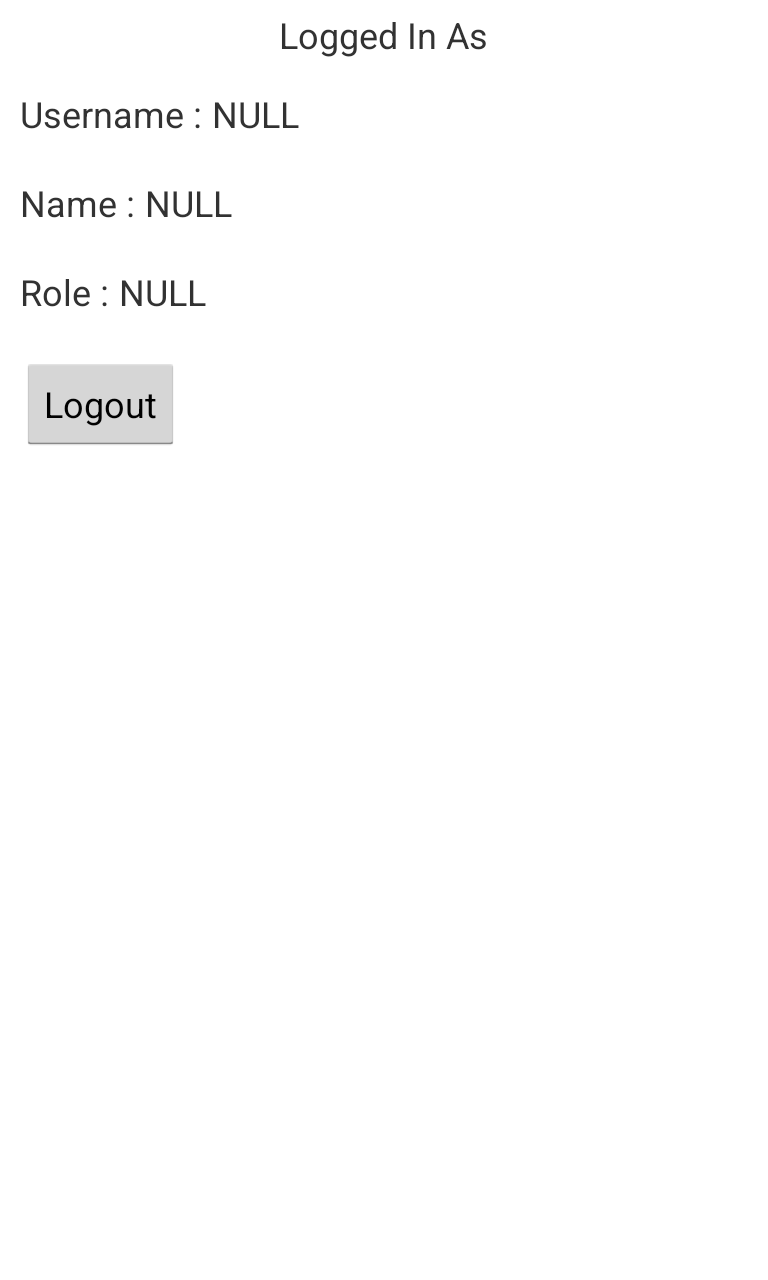
Repository: LennoxAlexion/UID
Layout: Android App/Uid-Project/res/layout/activity_sec_page.xml
These files come from the project's save history. The layout is drawn as it stood at one moment and after the next save; the edit follows.
It is drawn on a 768 x 1280 px phone screen (xhdpi) without system bars, with theme AppTheme; the app's code is not run.

Above is the layout before, as saved 2015-03-29 06:17:15.

After the next save:
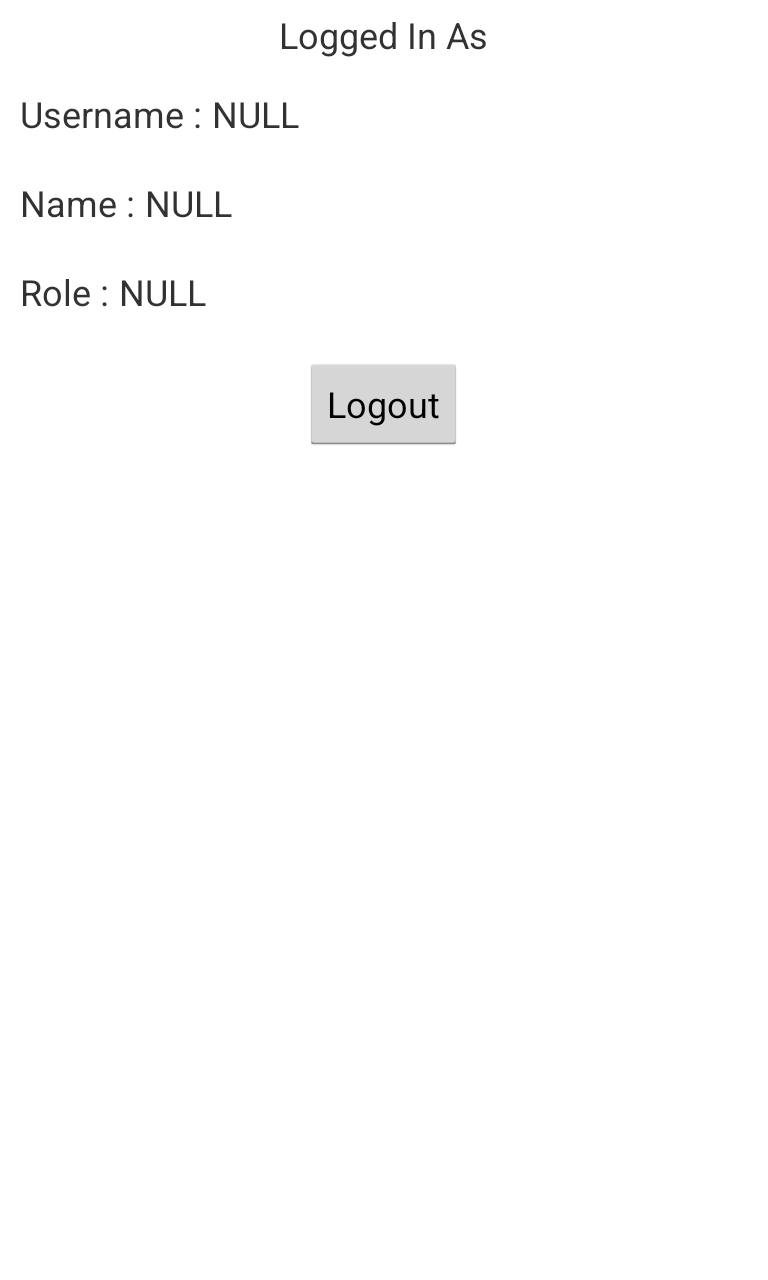
Saved 12 s later.
--- a/Android App/Uid-Project/res/layout/activity_sec_page.xml
+++ b/Android App/Uid-Project/res/layout/activity_sec_page.xml
@@ -85,7 +85,8 @@
         android:layout_margin="5dp"
         android:orientation="horizontal"
         android:padding="5dp"
-        android:layout_gravity="center_horizontal">
+        android:layout_gravity="center_horizontal"
+        android:gravity="center">
 
     <Button
         android:id="@+id/Button_Logout"
